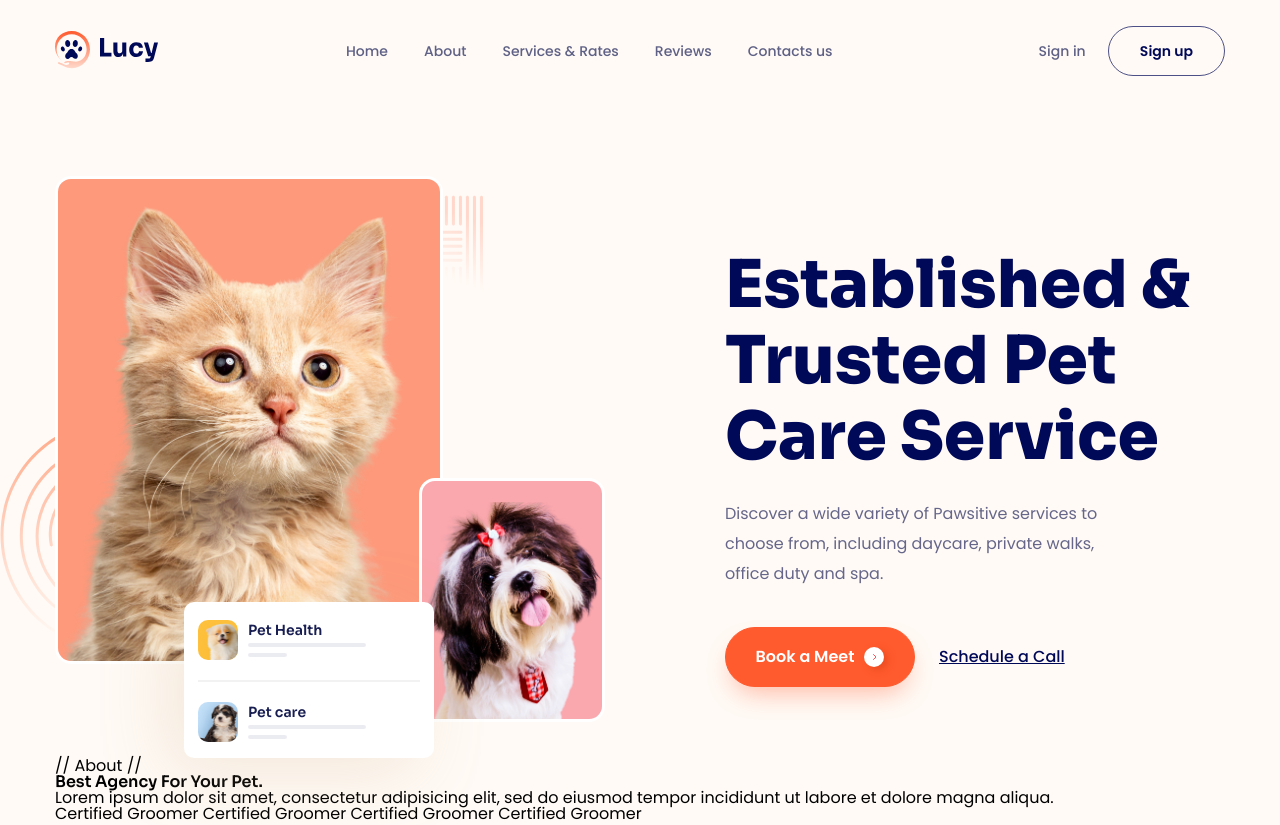
Repository: empty24062002/f8-project-05
Page: index.html
These files come from the project's save history. The page is drawn as it stood at one moment and after the next save; the edit follows.
The browser window is 1280 px wide. The pictures show the whole page.

Above is the page before, as saved 2023-09-11 09:28:15.

### index.html
<!DOCTYPE html>
<html lang="en">
    <head>
        <meta charset="UTF-8" />
        <meta name="viewport" content="width=device-width, initial-scale=1.0" />
        <title>Lucy</title>
        <!-- favicon -->
        <link
            rel="apple-touch-icon"
            sizes="57x57"
            href="./assets/favicon/apple-icon-57x57.png"
        />
        <link
            rel="apple-touch-icon"
            sizes="60x60"
            href="./assets/favicon/apple-icon-60x60.png"
        />
        <link
            rel="apple-touch-icon"
            sizes="72x72"
            href="./assets/favicon/apple-icon-72x72.png"
        />
        <link
            rel="apple-touch-icon"
            sizes="76x76"
            href="./assets/favicon/apple-icon-76x76.png"
        />
        <link
            rel="apple-touch-icon"
            sizes="114x114"
            href="./assets/favicon/apple-icon-114x114.png"
        />
        <link
            rel="apple-touch-icon"
            sizes="120x120"
            href="./assets/favicon/apple-icon-120x120.png"
        />
        <link
            rel="apple-touch-icon"
            sizes="144x144"
            href="./assets/favicon/apple-icon-144x144.png"
        />
        <link
            rel="apple-touch-icon"
            sizes="152x152"
            href="./assets/favicon/apple-icon-152x152.png"
        />
        <link
            rel="apple-touch-icon"
            sizes="180x180"
            href="./assets/favicon/apple-icon-180x180.png"
        />
        <link
            rel="icon"
            type="image/png"
            sizes="192x192"
            href="./assets/favicon/android-icon-192x192.png"
        />
        <link
            rel="icon"
            type="image/png"
            sizes="32x32"
            href="./assets/favicon/favicon-32x32.png"
        />
        <link
            rel="icon"
            type="image/png"
            sizes="96x96"
            href="./assets/favicon/favicon-96x96.png"
        />
        <link
            rel="icon"
            type="image/png"
            sizes="16x16"
            href="./assets/favicon/favicon-16x16.png"
        />
        <link rel="manifest" href="./assets/favicon/manifest.json" />
        <meta name="msapplication-TileColor" content="#ffffff" />
        <meta
            name="msapplication-TileImage"
            content="./assets/favicon/ms-icon-144x144.png"
        />
        <meta name="theme-color" content="#ffffff" />
        <!-- reset CSS -->
        <link rel="stylesheet" href="./assets/css/reset.css" />
        <!-- embed font -->
        <link rel="preconnect" href="https://fonts.googleapis.com" />
        <link rel="preconnect" href="https://fonts.gstatic.com" crossorigin />
        <link
            href="https://fonts.googleapis.com/css2?family=Poppins:wght@300;400;500;600&family=Sora:wght@600;700;800&display=swap"
            rel="stylesheet"
        />
        <!-- style css -->
        <link rel="stylesheet" href="./assets/css/styles.css" />
    </head>
    <body>
        <!-- header -->
        <header class="header">
            <div class="container">
                <div class="header__inner">
                    <!-- logo -->
                    <a href="#!">
                        <img
                            src="./assets/img/logo.svg"
                            alt="Lucy"
                            class="header__logo"
                        />
                    </a>
                    <!-- navbar -->
                    <nav class="navbar">
                        <ul class="navbar__list">
                            <li class="navbar__item">
                                <a href="#!" class="navbar__link"> Home </a>
                            </li>
                            <li class="navbar__item">
                                <a href="#!" class="navbar__link"> About </a>
                            </li>
                            <li class="navbar__item">
                                <a href="#!" class="navbar__link"
                                    >Services & Rates
                                </a>
                            </li>
                            <li class="navbar__item">
                                <a href="#!" class="navbar__link"> Reviews </a>
                            </li>
                            <li class="navbar__item">
                                <a href="#!" class="navbar__link">
                                    Contacts us
                                </a>
                            </li>
                        </ul>
                    </nav>
                    <!-- header action -->
                    <div class="header-action">
                        <a href="#!" class="header-action__link">Sign in</a>
                        <a href="#!" class="btn header-action__btn">Sign up</a>
                    </div>
                </div>
            </div>
        </header>
        <!-- hero -->
        <section class="hero">
            <div class="container">
                <div class="hero__inner">
                    <!-- hero media -->
                    <div class="hero__media">
                        <div class="hero__img-wrap">
                            <img
                                src="./assets/img/hero__img1.png"
                                alt=""
                                class="hero__img"
                            />

                            <!-- Decorators -->
                            <img
                                src="./assets/img/decor__01.svg"
                                alt=""
                                class="hero__decor hero__decor-left"
                            />
                            <img
                                src="./assets/img/decor__02.svg"
                                alt=""
                                class="hero__decor hero__decor-right"
                            />
                        </div>
                        <div class="hero__img-wrap hero__img-wrap-small">
                            <img
                                src="./assets/img/hero__img2.png"
                                alt=""
                                class="hero__img"
                            />
                        </div>

                        <div class="hero__list">
                            <!-- hero list item 1 -->
                            <section class="hero-list-item">
                                <img
                                    src="./assets/img/hero__img3.png"
                                    alt=""
                                    class="hero-list-item__thump"
                                />
                                <div class="hero-list-item__info">
                                    <p class="hero-list-item__title">
                                        Pet Health
                                    </p>
                                    <div class="hero-list-item__skeleton"></div>
                                    <div
                                        class="hero-list-item__skeleton"
                                        style="--width: 39px"
                                    ></div>
                                </div>
                            </section>

                            <div class="hero-list-item__separate"></div>
                            <!-- hero list item 2 -->
                            <section class="hero-list-item">
                                <img
                                    src="./assets/img/hero__img4.png"
                                    alt=""
                                    class="hero-list-item__thump"
                                />
                                <div class="hero-list-item__info">
                                    <p class="hero-list-item__title">
                                        Pet care
                                    </p>
                                    <div class="hero-list-item__skeleton"></div>
                                    <div
                                        class="hero-list-item__skeleton"
                                        style="--width: 39px"
                                    ></div>
                                </div>
                            </section>
                        </div>
                    </div>
                    <!-- hero content -->
                    <section class="hero__content">
                        <h1 class="hero__heading">
                            Established & Trusted Pet Care Service
                        </h1>
                        <p class="hero__desc">
                            Discover a wide variety of Pawsitive services to
                            choose from, including daycare, private walks,
                            office duty and spa.
                        </p>
                        <div class="hero__row">
                            <a href="#!" class="btn btn--primary hero__cta-btn">
                                Book a Meet
                                <span class="btn__icon">
                                    <svg
                                        width="5"
                                        height="6"
                                        viewBox="0 0 5 6"
                                        fill="none"
                                        xmlns="http://www.w3.org/2000/svg"
                                    >
                                        <path
                                            d="M1.48584 0.5L3.98584 3L1.48584 5.5"
                                            stroke="#FD5056"
                                            stroke-linecap="round"
                                            stroke-linejoin="round"
                                        />
                                    </svg>
                                </span>
                            </a>
                            <a href="#!" class="hero__cta-link">
                                Schedule a Call
                            </a>
                        </div>
                    </section>
                </div>
            </div>
        </section>
        <main>
            <!-- about -->
            <section class="about">
                <div class="container">
                    <div class="about__inner">
                        <section class="about__content">
                            <p class="about__lable">// About //</p>
                            <h2 class="about__heading section-heading">
                                Best Agency For Your Pet.
                            </h2>
                            <p class="about__desc section-desc">
                                Lorem ipsum dolor sit amet, consectetur
                                adipisicing elit, sed do eiusmod tempor
                                incididunt ut labore et dolore magna aliqua.
                            </p>
                            <div class="about__checklist">
                                <span class="about__check-item"
                                    >Certified Groomer
                                </span>
                                <span class="about__check-item"
                                    >Certified Groomer
                                </span>
                                <span class="about__check-item"
                                    >Certified Groomer
                                </span>
                                <span class="about__check-item"
                                    >Certified Groomer
                                </span>
                            </div>
                        </section>
                        <div class="about__media"></div>
                        <div class="about__media"></div>
                        <section class="about__content"></section>
                    </div>
                </div>
            </section>
        </main>
    </body>
</html>

### assets/css/styles.css
* {
    box-sizing: border-box;
}

:root {
    --primary-color: #ff5b2e;
}

html {
    font-size: 62.5%;
}

body {
    font-size: 1.6rem;
    font-family: "Poppins", sans-serif;
    background: #fffaf5;
}

/* common */

h1,
h2,
h3,
h4,
h5,
h6 {
    font-family: "Sora", sans-serif;
}

input,
textarea,
select,
button {
    font-size: inherit;
    font-family: inherit;
}

a {
    text-decoration: none;
}

.container {
    width: 1170px;
    max-width: calc(100% - 48px);
    margin: 0 auto;
}

.btn {
    --height: 56px;

    display: inline-flex;
    align-items: center;
    justify-content: center;
    min-width: 130px;
    height: var(--height);
    line-height: var(--height);
    border: 1px solid rgb(0, 9, 88, 0.7);
    border-radius: 99px;
    color: #000958;
    text-align: center;
    font-size: 1.4rem;
    font-weight: 600;
}

.btn:hover {
    opacity: 0.8;
    cursor: pointer;
}

.btn--primary {
    background: var(--primary-color);
    color: #fff;
    border-color: var(--primary-color);
}

.btn__icon {
    display: flex;
    justify-content: center;
    align-items: center;
    margin-left: 10px;
    width: 20px;
    height: 20px;
    border-radius: 50%;
    background-color: #fff;
    box-shadow: 4px 3px 10px -1px rgba(191, 41, 0, 0.4);
}

/* header */
.header {
    padding: 26px 0;
}

.header__inner {
    display: flex;
    justify-content: space-between;
    align-items: center;
}

.navbar__list {
    display: flex;
}

.navbar__link,
.header-action__link {
    padding: 8px 18px;
    color: #5e6085;
    font-size: 1.4rem;
    font-weight: 500;
    line-height: 1; /* 100% */
}

.navbar__link:hover {
    color: #000958;
    text-shadow: 1px 0 0 currentColor;
}

.header-action__btn {
    --height: 50px;

    min-width: 117px;
}

/* hero */
.hero {
    margin-top: 74px;
}

.hero__inner {
    display: flex;
    justify-content: space-between;
    align-items: center;
    column-gap: 120px;
}

.hero__media {
    display: flex;
    position: relative;
    padding-bottom: 94px;
}

.hero__img-wrap {
    position: relative;
    display: flex;
    justify-content: center;
    align-items: flex-end;
    width: 388px;
    height: 488px;
    border: 3px solid #fff;
    border-radius: 16px;
    background: #fe997b;
}

.hero__img {
    max-width: 100%;
    max-height: 100%;
    border-radius: inherit;
}

.hero__decor {
    position: absolute;
    z-index: -1;
}

.hero__decor-left {
    left: -58px;
    bottom: 10px;
}

.hero__decor-right {
    top: 16px;
    right: -43px;
}

.hero__img-wrap-small {
    align-self: flex-end;
    width: 186px;
    height: 244px;
    margin: 0 0 -58px -24px;
    border: 2px solod #f7dddf;
    background: #faa7ad;
}

.hero__list {
    position: absolute;
    left: 129px;
    bottom: 0;
    width: 250px;
    height: 156px;
    padding: 18px 14px;
    border-radius: 10px;
    background: #fff;
    box-shadow: -17px 14px 68px -4px rgba(207, 174, 132, 0.25);
}

.hero-list-item {
    display: flex;
    align-items: center;
}

.hero-list-item:nth-of-type(2) .hero-list-item__thump {
    background-color: #c6e2fa;
}

.hero-list-item__thump {
    width: 40px;
    height: 40px;
    border-radius: 10px;
    object-fit: cover;
    background: #fec23f;
}

.hero-list-item__info {
    margin-left: 10px;
}

.hero-list-item__title {
    color: #181e52;
    font-family: "Sora", sans-serif;
    font-size: 1.4rem;
    font-weight: 600;
    line-height: 1;
}

.hero-list-item__separate {
    margin: 20px 0;
    width: 100%;
    height: 2px;
    background: #f2f2f2;
}

.hero-list-item__skeleton {
    margin-top: 6px;
    width: var(--width, 118px);
    height: 4px;
    border-radius: 10px;
    opacity: 0.08;
    background: #000958;
}

.hero__heading {
    color: #000958;
    font-size: 6.6rem;
    font-weight: 800;
    line-height: 1.15; /* 115.152% */
}

.hero__desc {
    width: 391px;
    margin-top: 24px;
    color: #656689;
    font-size: 1.6rem;
    font-weight: 400;
    line-height: 1.88;
}

.hero__row {
    display: flex;
    align-items: center;
    margin-top: 38px;
}

.hero__cta-btn {
    --height: 60px;

    min-width: 190px;
    font-size: 1.6rem;
    box-shadow: 0px 13px 26px -8px rgba(255, 91, 46, 0.42);
}

.hero__cta-link {
    margin-left: 24px;
    color: #000958;
    font-size: 1.6rem;
    font-weight: 500;
    line-height: 1;
    text-decoration: underline;
}

Loaded but not shown: assets/css/reset.css (common file)

After the next save:
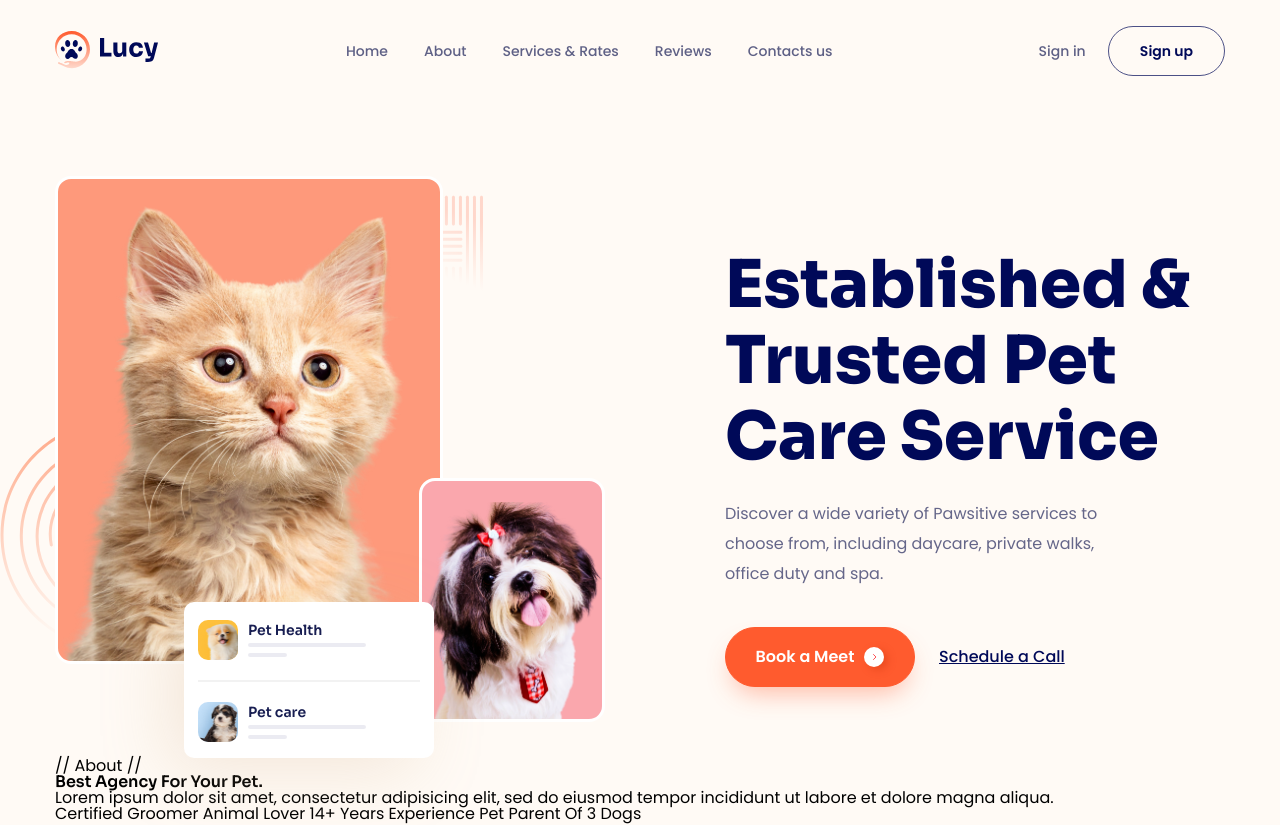
Saved 20 s later.
--- a/index.html
+++ b/index.html
@@ -266,17 +266,17 @@
                                 incididunt ut labore et dolore magna aliqua.
                             </p>
                             <div class="about__checklist">
-                                <span class="about__check-item"
-                                    >Certified Groomer
-                                </span>
-                                <span class="about__check-item"
-                                    >Certified Groomer
-                                </span>
-                                <span class="about__check-item"
-                                    >Certified Groomer
-                                </span>
-                                <span class="about__check-item"
-                                    >Certified Groomer
+                                <span class="about__check-item">
+                                    Certified Groomer
+                                </span>
+                                <span class="about__check-item">
+                                    Animal Lover
+                                </span>
+                                <span class="about__check-item">
+                                    14+ Years Experience
+                                </span>
+                                <span class="about__check-item">
+                                    Pet Parent Of 3 Dogs
                                 </span>
                             </div>
                         </section>
